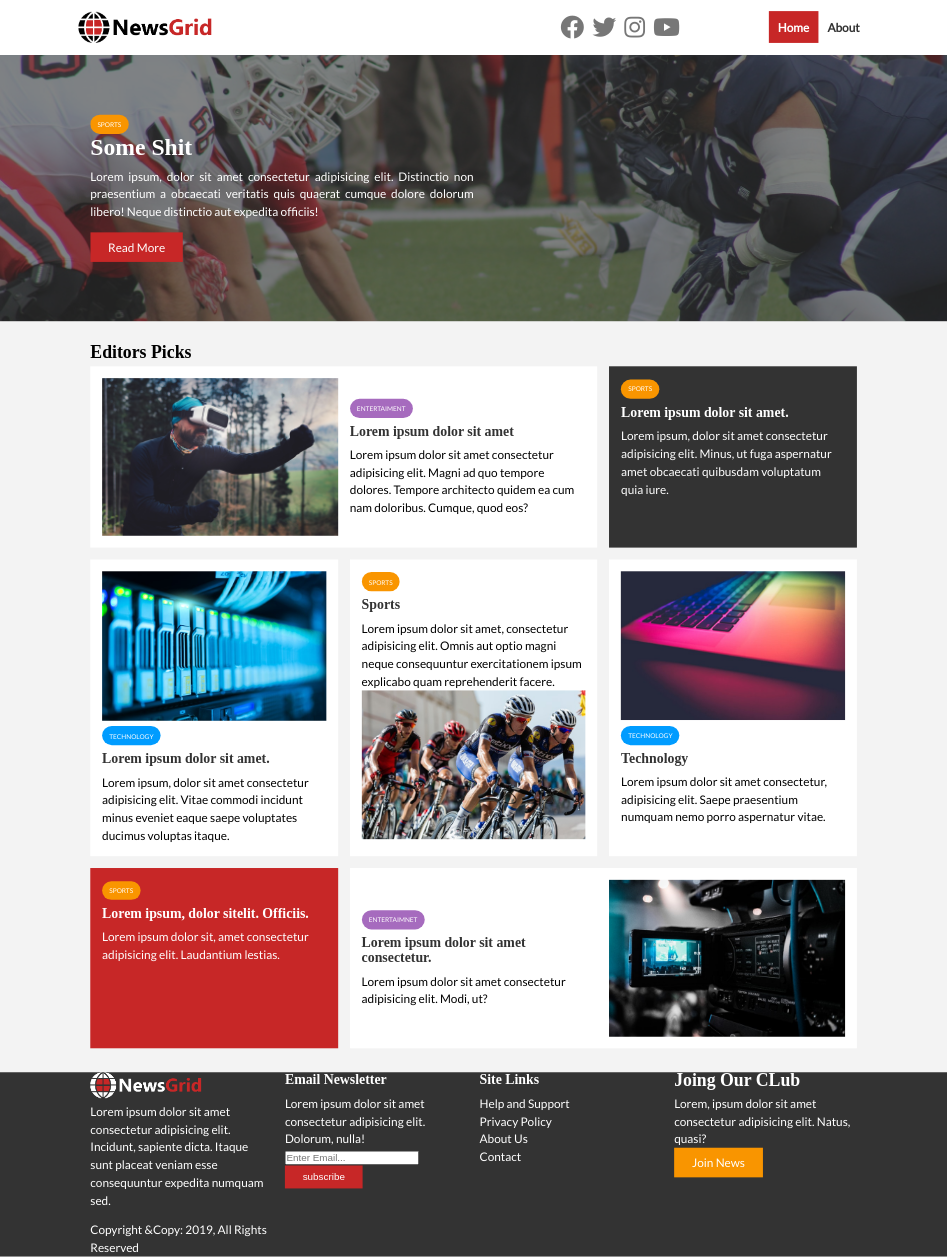
Repository: EswinGiova/NewsGrid
Page: index.html
The author's editor kept a copy of each file at every save. The page is drawn from the files as they stood at one save, then again after a run of saves.
The browser window is 1280 px wide. The pictures show the whole page, at 74% of full size.
Some web libraries are served in a nearby version.

Above is the page before, as saved 2020-09-20 15:46:55.

### index.html
<!DOCTYPE html>
<html lang="en">
  <head>
    <meta charset="UTF-8" />
    <meta name="viewport" content="width=device-width, initial-scale=1.0" />
    <link rel="shortcut icon" type="image/x-icon" href="favicon.ico" />
    <link
      href="https://fonts.googleapis.com/css2?family=Lato&family=Staatliches&display=swap"
      rel="stylesheet"
    />
    <link rel="stylesheet" href="./css/style.css" />
    <link
      rel="stylesheet"
      media="screen and (max-width: 768px)"
      href="./css/mobile.css"
    />

    <link
      rel="stylesheet"
      href="https://cdnjs.cloudflare.com/ajax/libs/font-awesome/5.14.0/css/all.min.css"
      integrity="sha512-1PKOgIY59xJ8Co8+NE6FZ+LOAZKjy+KY8iq0G4B3CyeY6wYHN3yt9PW0XpSriVlkMXe40PTKnXrLnZ9+fkDaog=="
      crossorigin="anonymous"
    />

    <title>NewsGrid | Latest News</title>
  </head>
  <body>
    <nav id="main-nav">
      <div class="container">
        <img src="./image_resources/logo.png" alt="" class="logo" />
        <div class="social">
          <a href="#" target="_blank"><i class="fab fa-facebook fa-2x"></i></a>
          <a href="#" target="_blank"><i class="fab fa-twitter fa-2x"></i></a>
          <a href="#" target="_blank"><i class="fab fa-instagram fa-2x"></i></a>
          <a href="#" target="_blank"><i class="fab fa-youtube fa-2x"></i></a>
        </div>
        <ul>
          <li><a href="#" class="current">Home</a></li>
          <li><a href="#">About </a></li>
        </ul>
      </div>
    </nav>

    <header id="showcase">
      <div class="container">
        <div class="showcase-container">
          <div class="showcase-content">
            <div class="category category-sports">Sports</div>
            <h1>Some Shit</h1>
            <p>
              Lorem ipsum, dolor sit amet consectetur adipisicing elit.
              Distinctio non praesentium a obcaecati veritatis quis quaerat
              cumque dolore dolorum libero! Neque distinctio aut expedita
              officiis!
            </p>
            <a href="./article.html" class="btn btn-primary">Read More </a>
          </div>
        </div>
      </div>
    </header>
    <!-- Hombe articles -->

    <section id="home-articles" class="py-2">
      <div class="container">
        <h2>Editors Picks</h2>
        <div class="articles-container">
          <article class="card">
            <img src="./image_resources/articles/ent1.jpg" alt="" />
            <div>
              <div class="category category-ent">Entertaiment</div>
              <h3>
                <a href="./article.html">Lorem ipsum dolor sit amet</a>
              </h3>
              <p>
                Lorem ipsum dolor sit amet consectetur adipisicing elit. Magni
                ad quo tempore dolores. Tempore architecto quidem ea cum nam
                doloribus. Cumque, quod eos?
              </p>
            </div>
          </article>
          <article class="card bg-dark">
            <div class="category category-sports">Sports</div>
            <h3>
              <a href="./article.html">Lorem ipsum dolor sit amet.</a>
            </h3>
            <p>
              Lorem ipsum, dolor sit amet consectetur adipisicing elit. Minus,
              ut fuga aspernatur amet obcaecati quibusdam voluptatum quia iure.
            </p>
          </article>

          <article class="card">
            <img src="./image_resources/articles/tech1.jpg" alt="" />
            <div class="category category-tech">Technology</div>
            <h3><a href="./article.html">Lorem ipsum dolor sit amet.</a></h3>
            <p>
              Lorem ipsum, dolor sit amet consectetur adipisicing elit. Vitae
              commodi incidunt minus eveniet eaque saepe voluptates ducimus
              voluptas itaque.
            </p>
          </article>

          <article class="card">
            <div class="category category-sports">Sports</div>
            <h3>
              <a href="./article.html">Sports</a>
            </h3>
            <p>
              Lorem ipsum dolor sit amet, consectetur adipisicing elit. Omnis
              aut optio magni neque consequuntur exercitationem ipsum explicabo
              quam reprehenderit facere.
            </p>
            <img src="./image_resources/articles/sports1.jpg" alt="" />
          </article>

          <article class="card">
            <img src="./image_resources/articles/tech2.jpg" alt="" />
            <div class="category category-tech">Technology</div>
            <h3><a href="./article.html">Technology</a></h3>
            <p>
              Lorem ipsum dolor sit amet consectetur, adipisicing elit. Saepe
              praesentium numquam nemo porro aspernatur vitae.
            </p>
          </article>
          <article class="card bg-primary">
            <div class="category category-sports">Sports</div>
            <h3>
              <a href="./article.html">Lorem ipsum, dolor sitelit. Officiis.</a>
            </h3>
            <p>
              Lorem ipsum dolor sit, amet consectetur adipisicing elit.
              Laudantium lestias.
            </p>
          </article>

          <article class="card">
            <div>
              <div class="category category-ent">Entertaimnet</div>
              <h3>
                <a href="./article.html"
                  >Lorem ipsum dolor sit amet consectetur.</a
                >
              </h3>
              <p>
                Lorem ipsum dolor sit amet consectetur adipisicing elit. Modi,
                ut?
              </p>
            </div>
            <img src="./image_resources/articles/ent2.jpg" alt="" />
          </article>
        </div>
      </div>
    </section>
    <footer id="main-footer">
      <div class="container footer-container">
        <div>
          <img src="./image_resources/logo_light.png" alt="news" />
          <p>
            Lorem ipsum dolor sit amet consectetur adipisicing elit. Incidunt,
            sapiente dicta. Itaque sunt placeat veniam esse consequuntur
            expedita numquam sed.
          </p>
        </div>
        <div>
          <h3>Email Newsletter</h3>
          <p>
            Lorem ipsum dolor sit amet consectetur adipisicing elit. Dolorum,
            nulla!
          </p>
          <form>
            <input type="email" placeholder="Enter Email..." />
            <input type="submit" value="subscribe" class="btn btn-primary" />
          </form>
        </div>
        <div>
          <h3>Site Links</h3>
          <ul class="list">
            <li><a href="#">Help and Support</a></li>
            <li><a href="#">Privacy Policy</a></li>
            <li><a href="#">About Us</a></li>
            <li><a href="#">Contact</a></li>
          </ul>
        </div>
        <div>
          <h2>Joing Our CLub</h2>
          <p>
            Lorem, ipsum dolor sit amet consectetur adipisicing elit. Natus,
            quasi?
          </p>
          <a href="#" class="btn btn-secondary">Join News</a>
        </div>
        <div>
          <p>Copyright &Copy: 2019, All Rights Reserved</p>
        </div>
      </div>
    </footer>
  </body>
</html>

### css/style.css
:root {
  --primary-color: #c72727;
  --secondary-color: #f99500;
  --light-color: #f3f3f3;
  --dark-color: #333;
  --max-width: 1100px;
}

.category {
  --sports-color: #f99500;
  --ent-color: #a66bbe;
  --tech-color: #009cff;
}
* {
  margin: 0;
  padding: 0;
  box-sizing: border-box;
}
body {
  font-family: 'Lato', sans-serif;
  line-height: 1.5;
  background: var(--light-color);
}

a {
  color: var(--dark-color);
  text-decoration: none;
}

ul {
  list-style: none;
}

img {
  width: 100%;
}

h1,
h2,
h3,
h4,
h5,
h6 {
  font-family: 'Staaliches', cursive;
  margin-bottom: 0.55rem;
  line-height: 1.3rem;
}

/*  utility class */

.container {
  max-width: var(--max-width);
  margin: auto;
  padding: 0 2rem;
  overflow: hidden;
}

/* category */

.category {
  display: inline-block;
  color: #fff;
  font-size: 0.55rem;
  text-transform: uppercase;
  padding: 0.4rem 0.6rem;
  border-radius: 15px;
  margin-bottom: 0.5rem;
}

.category-sports {
  background: var(--sports-color);
}
.category-ent {
  background: var(--ent-color);
}
.category-tech {
  background: var(--tech-color);
}

/* btn */

.btn {
  display: inline-block;
  border: none;
  background: var(--dark-color);
  color: #fff;
  padding: 0.5rem 1.5rem;
}

.btn-light {
  background: var(--light-color);
}
.btn-primary {
  background: var(--primary-color);
}
.btn-secondary {
  background: var(--secondary-color);
}
.btn:hover {
  opacity: 0.8;
}

.btn-block {
  display: block;
  width: 100%;
  text-align: center;
}

/* cards */

.card {
  background: white;
  padding: 1rem;
}

.bg-dark {
  background: var(--dark-color);
  color: white;
}
.bg-primary {
  background: var(--primary-color);
  color: white;
}
.bg-secondary {
  background: var(--secondary-color);
  color: #fff;
}
.py-1 {
  padding: 1.5rem 0;
}
.py-2 {
  padding: 2rem 0;
}
.py-3 {
  padding: 3rem 0;
}
.p-1 {
  padding: 1.5rem;
}
.p-2 {
  padding: 2rem;
}
.p-3 {
  padding: 3rem;
}

.bg-dark h1,
.bg-dark h2,
.bg-dark h3,
.bg-dark a,
.bg-primary h1,
.bg-primary h2,
.bg-primary h3,
.bg-primary a,
.bg-secondary h1,
.bg-secondary h2,
.bg-secondary h3,
.bg-secondary a {
  color: #fff;
}

/* Navigation */
#main-nav {
  background: #fff;
  position: sticky;
  top: 0;
  z-index: 2;
}

#main-nav .container {
  display: grid;
  grid-template-columns: 6fr 3fr 2fr;
  padding: 1rem;
  align-items: center;
}

#main-nav .logo {
  width: 180px;
}

#main-nav ul {
  display: flex;
  justify-self: end;
}

#main-nav ul li a {
  padding: 0.77rem;
  font-weight: bold;
}

#main-nav ul li .current {
  background: var(--primary-color);
  color: white;
}

#main-nav ul li .current:hover {
  background: var(--light-color);
  color: var(--dark-color);
}
#main-nav .social {
  justify-self: center;
}

#main-nav .social i {
  color: #777;
  margin-left: 0.5rem;
}

/* showcase */
#showcase {
  background: #333;
  color: #fff;
  position: relative;
}

#showcase:before {
  content: '';
  background: url('../image_resources/featured.jpg') center center/cover;
  position: absolute;
  top: 0;
  left: 0;
  width: 100%;
  height: 100%;
  opacity: 0.4;
}
#showcase .showcase-container {
  height: 50vh;
  display: grid;
  grid-template-columns: repeat(2, 1fr);
  justify-content: center;
  align-content: center;
}
#showcase .showcase-container .showcase-content {
  z-index: 2;
  text-align: justify;
}
#showcase .showcase-container .showcase-content p {
  margin: 1rem 0;
}
/* Home Articles  */

#home-articles .articles-container {
  display: grid;
  grid-template-columns: repeat(3, 1fr);
  grid-gap: 1rem;
}

#home-articles .articles-container > *:first-child,
#home-articles .articles-container > *:last-child {
  display: grid;
  grid-template-columns: repeat(2, 1fr);
  grid-column: 1 / span 2;
  grid-gap: 1rem;
  align-items: center;
}
#home-articles .articles-container > *:last-child {
  grid-column: 2 / span 2;
}

/* footer */
#main-footer {
  background: var(--dark-color);
  color: #fff;
}

#main-footer img {
  width: 150px;
}

#main-footer a {
  color: #fff;
}

#main-footer .footer-container {
  display: grid;
  grid-template-columns: repeat(4, 1fr);
  grid-gap: 1rem;
}

Loaded but not shown: css/mobile.css (no copy from this time; the picture is the same without it)

After the next 2 saves:
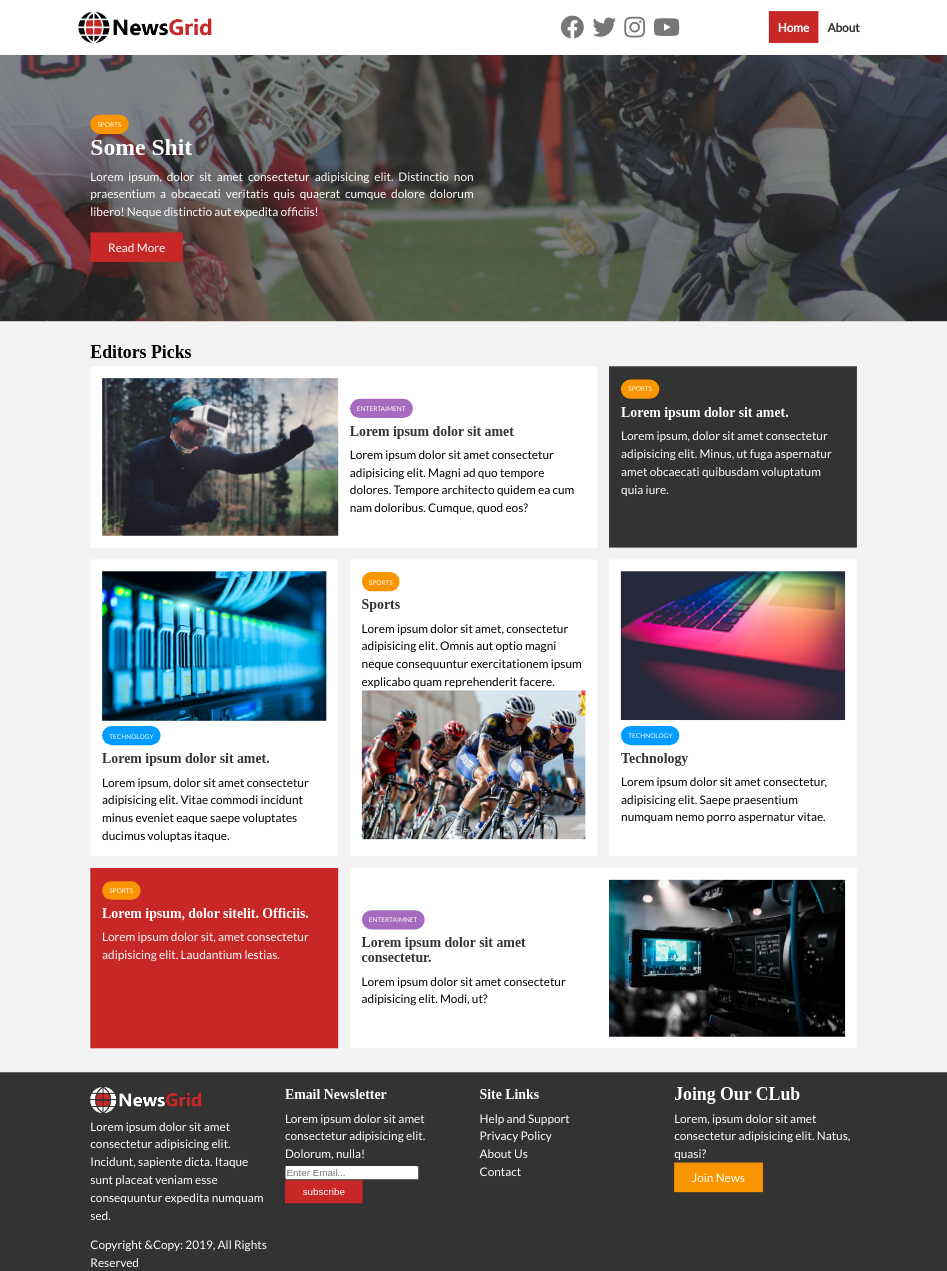
The 2 saves are shown as one change because they came seconds apart.
The last was saved 27 s later.
--- a/css/style.css
+++ b/css/style.css
@@ -275,4 +275,5 @@ h6 {
   display: grid;
   grid-template-columns: repeat(4, 1fr);
   grid-gap: 1rem;
-}
+  padding-top: 20px;
+}
